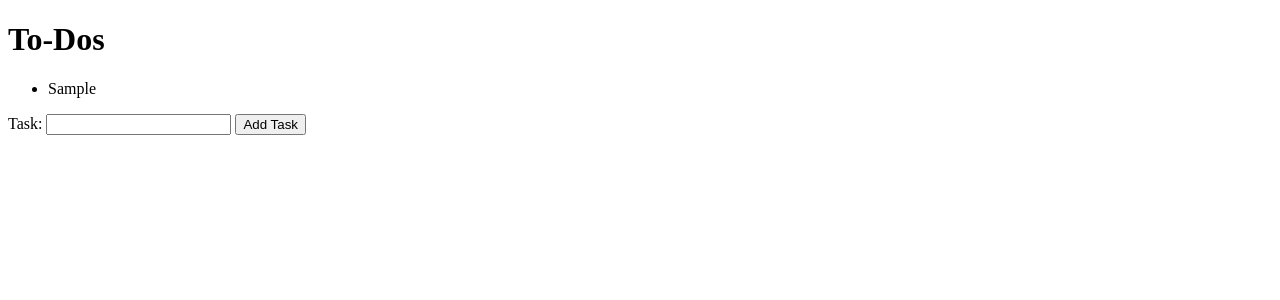
Repository: ThisOldKid/To-Do_Exercise
Page: index.html
An editor plug-in stored every save of this project. The page is shown before and after the next save, followed by the edit.
The browser window is 1280 px wide. The pictures show the whole page.
Empty fields were first filled with sample values (such as "Sample", 5 or name@example.com).
After loading, the first visible `#newTaskTodo` was submitted once.

Above is the page before, as saved 2024-01-29 17:32:19.

### index.html
<!DOCTYPE html>
<html lang="en">
<head>
    <meta charset="UTF-8">
    <meta name="viewport" content="width=device-width, initial-scale=1.0">
    <title>To Do</title>
</head>
<body>
    <h1>To-Dos</h1>
    <ul id="todoList">

    </ul>
    <form action="#" id="newTaskTodo">
        <label for="task">Task:</label>
        <input type="text" nam="task" id="task">
        <input type="submit" value="Add Task">
    </form>
    <!-- <script src="app.js"></script> -->
    <script src="local.js"></script>
</body>
</html>

### local.js
const todoForm = document.getElementById("newTaskTodo");
const todoList = document.getElementById("todoList");

const savedTodos = JSON.parse(localStorage.getItem("todos")) || [];
for (let i = 0; i < savedTodos.length; i++) {
  let newTask = document.createElement("li");
  newTask.innerText = savedTodos[i].task;
  newTask.isCompleted = savedTodos[i].isCompleted ? true : false;
  if (newTask.isCompleted) {
    newTask.style.textDecoration = "line-through";
  }
  todoList.append(newTask);
  let removeButton = document.createElement("button");
  removeButton.innerText = "X";
  newTask.append(removeButton);
}

todoForm.addEventListener("submit", function(event) {
  event.preventDefault();
  let newTask = document.createElement("li");
  let taskValue = document.getElementById("task").value;
  newTask.innerText = taskValue;
  newTask.isCompleted = false;
  todoForm.reset();
  let removeButton = document.createElement("button");
  removeButton.innerText = "X";
  todoList.append(newTask);


  savedTodos.push({ task: newTask.innerText, isCompleted: false });
  localStorage.setItem("todos", JSON.stringify(savedTodos));
});

todoList.addEventListener("click", function(event) {
  let clickedListItem = event.target;

  if (!clickedListItem.isCompleted) {
    clickedListItem.style.textDecoration = "line-through";
    clickedListItem.isCompleted = true;
  } else {
    clickedListItem.style.textDecoration = "none";
    clickedListItem.isCompleted = false;
  }

  for (let i = 0; i < savedTodos.length; i++) {
    if (savedTodos[i].task === clickedListItem.innerText) {
      savedTodos[i].isCompleted = !savedTodos[i].isCompleted;
      localStorage.setItem("todos", JSON.stringify(savedTodos));
    }
  }
});

After the next save:
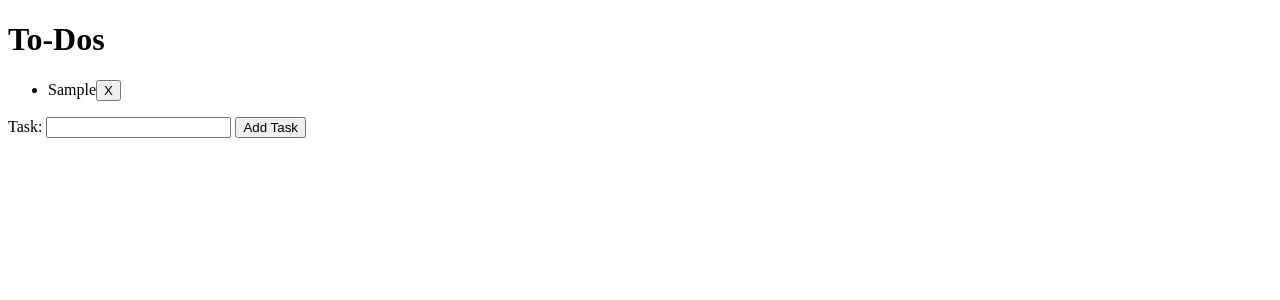
Saved 28 s later.
--- a/local.js
+++ b/local.js
@@ -25,7 +25,7 @@ todoForm.addEventListener("submit", function(event) {
   let removeButton = document.createElement("button");
   removeButton.innerText = "X";
   todoList.append(newTask);
-
+  newTask.append(removeButton);
 
   savedTodos.push({ task: newTask.innerText, isCompleted: false });
   localStorage.setItem("todos", JSON.stringify(savedTodos));
